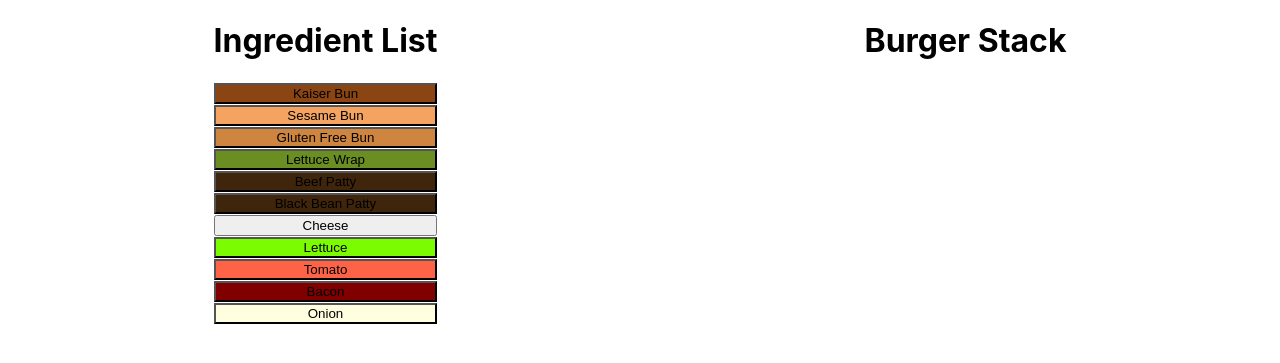
Repository: thecoachanna/react-burger-stacker
Page: /
The author's editor kept a copy of each file at every save. The page is drawn from the files as they stood at one save, then again after the next save.
The browser window is 1280 px wide. The pictures show the whole page.
The project was rebuilt for these pictures with package versions that can differ from the ones it lists, and the page was loaded fresh each time.

Above is the page before, as saved 2023-02-04 13:58:32.

### src/index.css
body {
  margin: 0;
  font-family: -apple-system, BlinkMacSystemFont, 'Segoe UI', 'Roboto', 'Oxygen',
    'Ubuntu', 'Cantarell', 'Fira Sans', 'Droid Sans', 'Helvetica Neue',
    sans-serif;
  -webkit-font-smoothing: antialiased;
  -moz-osx-font-smoothing: grayscale;
}

code {
  font-family: source-code-pro, Menlo, Monaco, Consolas, 'Courier New',
    monospace;
}

.burger-stacker {
  display: flex;
  justify-content: space-around;
}

button {
  width: 100%;
}

### src/App.js
import { useState, useEffect } from 'react'
import BurgerStack from './components/BurgerStack.jsx'
import IngredientList from './components/IngredientList.jsx'
import './App.css';

function App() {

  const [clickedIngredients, setClickedIngredients] = useState([])

  useEffect(() => {
    console.log(clickedIngredients)
  }, [clickedIngredients] )


  const handleIngredientClick = (e) => {
    // console.log(e.target.innerText)
    setClickedIngredients([{ name: e.target.innerText }, ...clickedIngredients])
  }


  return (
    <div className="App burger-stacker">
      <IngredientList handleIngredientClick={handleIngredientClick} />
      <BurgerStack clickedIngredients={clickedIngredients} />
    </div>
  );
}

export default App;

### src/components/BurgerStack.jsx
import React from 'react'
import Ingredient from './Ingredient.jsx'

const BurgerStack = (props) => {
    const ingredients = props.clickedIngredients.map((ingredient, index) => {
        return (
          <Ingredient
          key={`yum ${index}`}
          name={ingredient.name}
        />
        )
      })
      return (
        <div>
          <h1>Burger Stack</h1>
          {ingredients}
        </div>
      )
    }

export default BurgerStack

### src/components/IngredientList.jsx
import React from 'react'
import Ingredient from './Ingredient.jsx'

const IngredientList = (props) => {
    const ingredientObjects = [
        {name: 'Kaiser Bun', color: 'saddlebrown'},
        {name: 'Sesame Bun', color: 'sandybrown'},
        {name: 'Gluten Free Bun', color: 'peru'},
        {name: 'Lettuce Wrap', color: 'olivedrab'},
        {name: 'Beef Patty', color: '#3F250B'},
        {name: 'Black Bean Patty', color: '#3F250B'},
        {name: 'Cheese', color: 'mustard'},
        {name: 'Lettuce', color: 'lawngreen'},
        {name: 'Tomato', color: 'tomato'},
        {name: 'Bacon', color: 'maroon'},
        {name: 'Onion', color: 'lightyellow'}
      ]

      const ingredients = ingredientObjects.map((ingredientObject, index) => {
        return (
          <Ingredient
          key={`yum ${index}`}
            name={ingredientObject.name}
            color={ingredientObject.color}
            handleIngredientClick={props.handleIngredientClick}
          />
        )
      })

      return (
        <div>
          <h1>Ingredient List</h1>
          {ingredients}
        </div>
      )
    }

export default IngredientList

### src/components/Ingredient.jsx
import React from 'react'

const Ingredient = (props) => {
    const buttonStyle = {
        backgroundColor: props.color
      }

      return (
        <div>
          <button
            onClick={props.handleIngredientClick}
            style={buttonStyle}
            >{props.name}</button>
        </div>
      )
    }

export default Ingredient

Loaded but not shown: public/index.html (common file); src/index.js (common file); src/reportWebVitals.js (common file); src/App.css (common file)

After the next save:
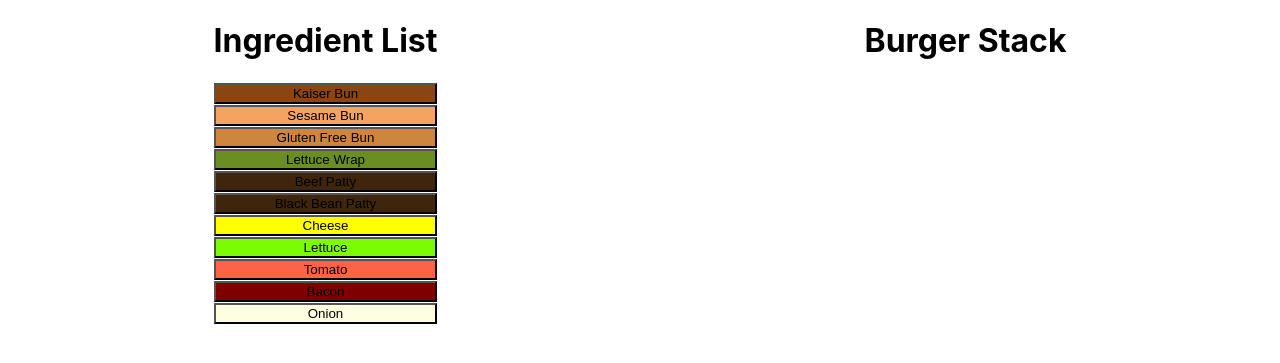
Saved 14 s later.
--- a/src/components/IngredientList.jsx
+++ b/src/components/IngredientList.jsx
@@ -9,7 +9,7 @@ const IngredientList = (props) => {
         {name: 'Lettuce Wrap', color: 'olivedrab'},
         {name: 'Beef Patty', color: '#3F250B'},
         {name: 'Black Bean Patty', color: '#3F250B'},
-        {name: 'Cheese', color: 'mustard'},
+        {name: 'Cheese', color: 'yellow'},
         {name: 'Lettuce', color: 'lawngreen'},
         {name: 'Tomato', color: 'tomato'},
         {name: 'Bacon', color: 'maroon'},
